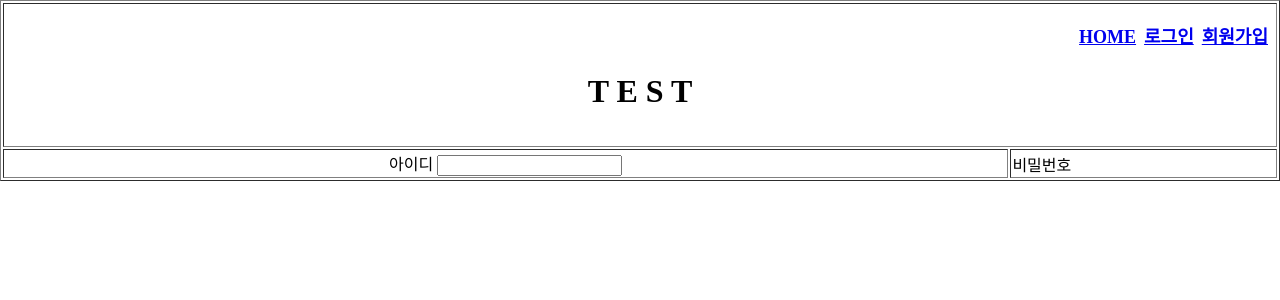
Repository: CHANGMAN-LEE/Java_ee
Page: http://localhost/test/test/loginForm.jsp
These files come from the project's save history. The page is drawn as it stood at one moment and after the next save; the edit follows.
The browser window is 1280 px wide. The pictures show the whole page.
The page is served by Tomcat 9.

Above is the page before, as saved 2020-07-09 06:24:03.

After the next save:
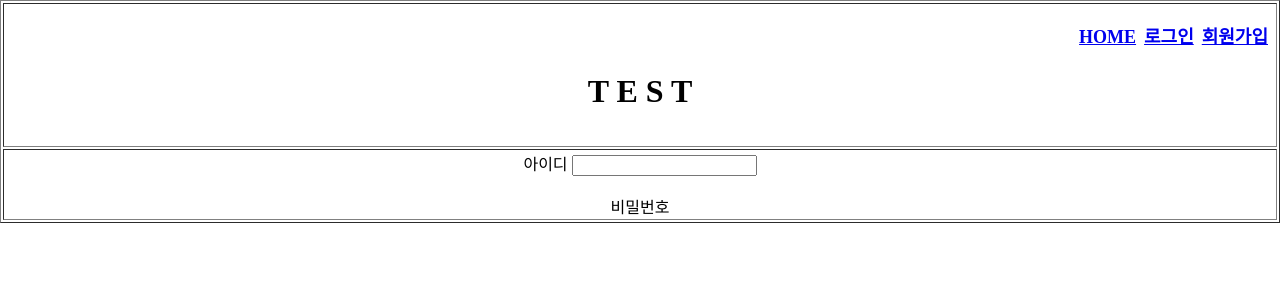
Saved 25 s later.
--- a/workspace/test/WebContent/test/loginForm.jsp
+++ b/workspace/test/WebContent/test/loginForm.jsp
@@ -18,9 +18,8 @@
 			아이디
 			<input type="text" name="id" class="id">
 			<div class="idDiv"></div>
-		</td>
+			<br>
 
-		<td>
 			비밀번호
 		</td>
 
